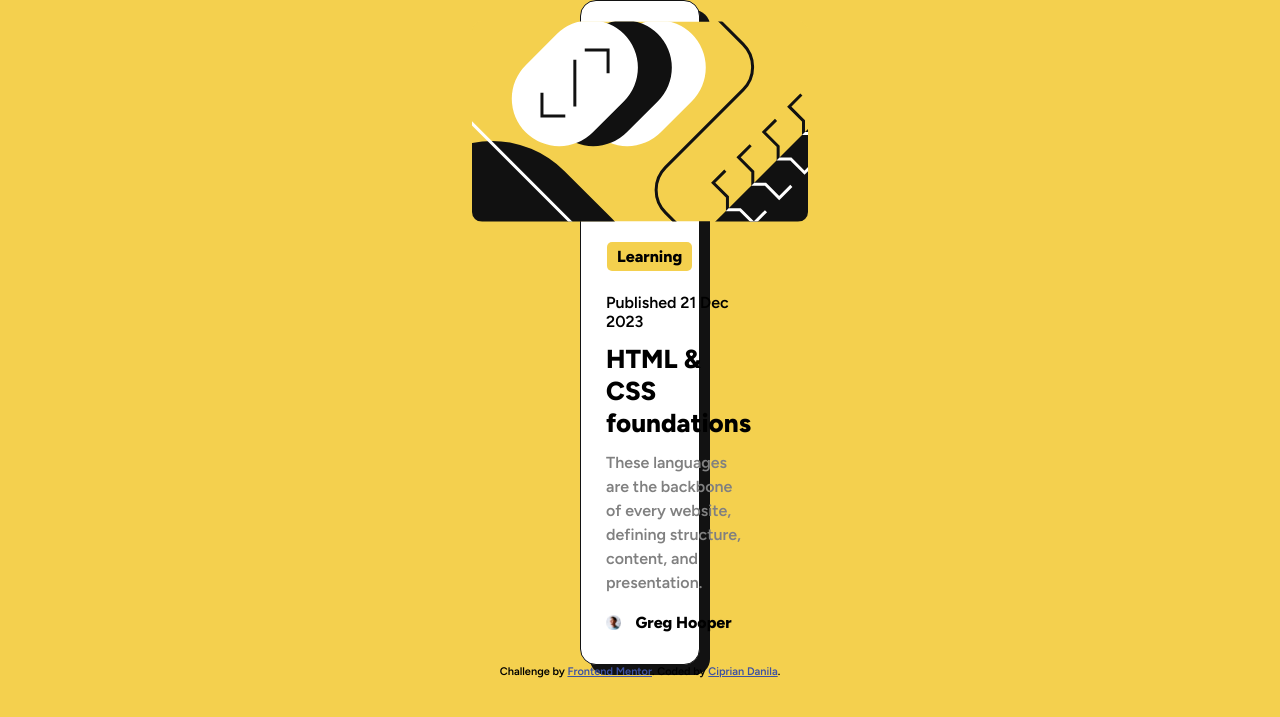
Repository: cipdanila/blog-preview-card
Page: index.html
These files come from the project's save history. The page is drawn as it stood at one moment and after the next save; the edit follows.
The browser window is 1280 px wide. The pictures show the whole page.

Above is the page before, as saved 2024-01-26 19:11:20.

After the next save:
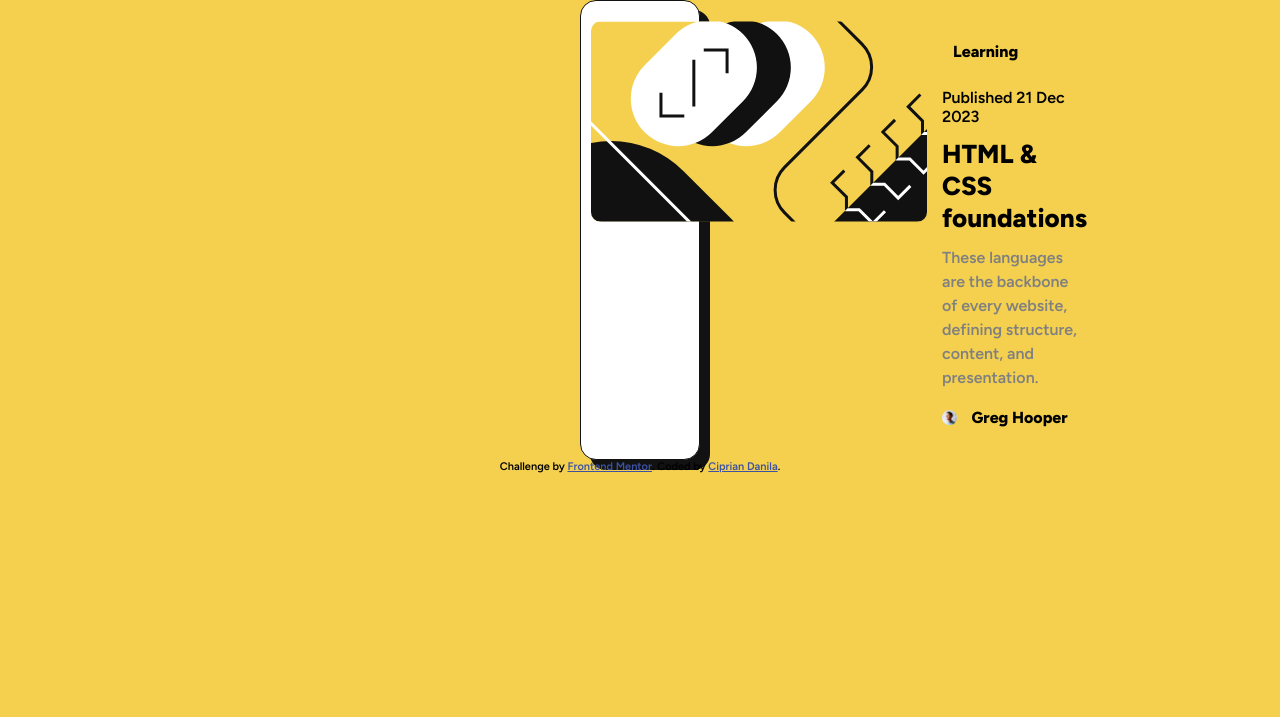
Saved 13 s later.
--- a/style.css
+++ b/style.css
@@ -37,8 +37,8 @@
     border: 1px solid var(--black);
     box-shadow: 10px 10px var(--black);
     display: flex;
-    flex-direction: column;
-    align-items: center;
+    /* flex-direction: column;
+    align-items: center; */
     background-color: var(--white);
 }
 
